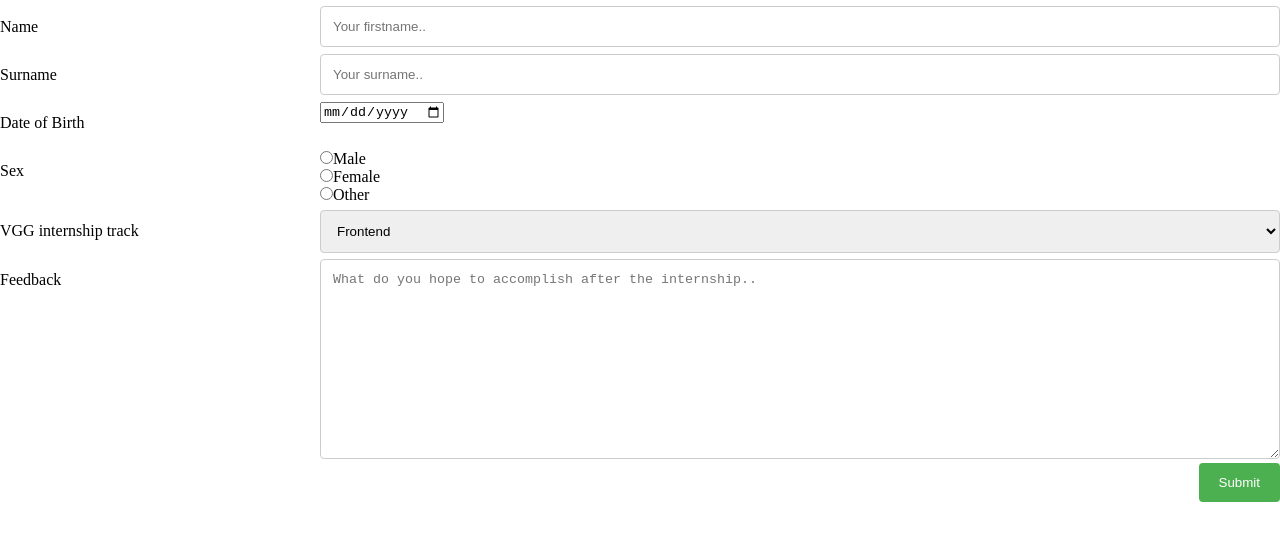
Repository: iphyokafor/VGG-Feedback-form
Page: index2.html
An editor plug-in stored every save of this project. The page is shown before and after the next save, followed by the edit.
The browser window is 1280 px wide. The pictures show the whole page.

Above is the page before, as saved 2020-01-13 00:11:25.

After the next save:
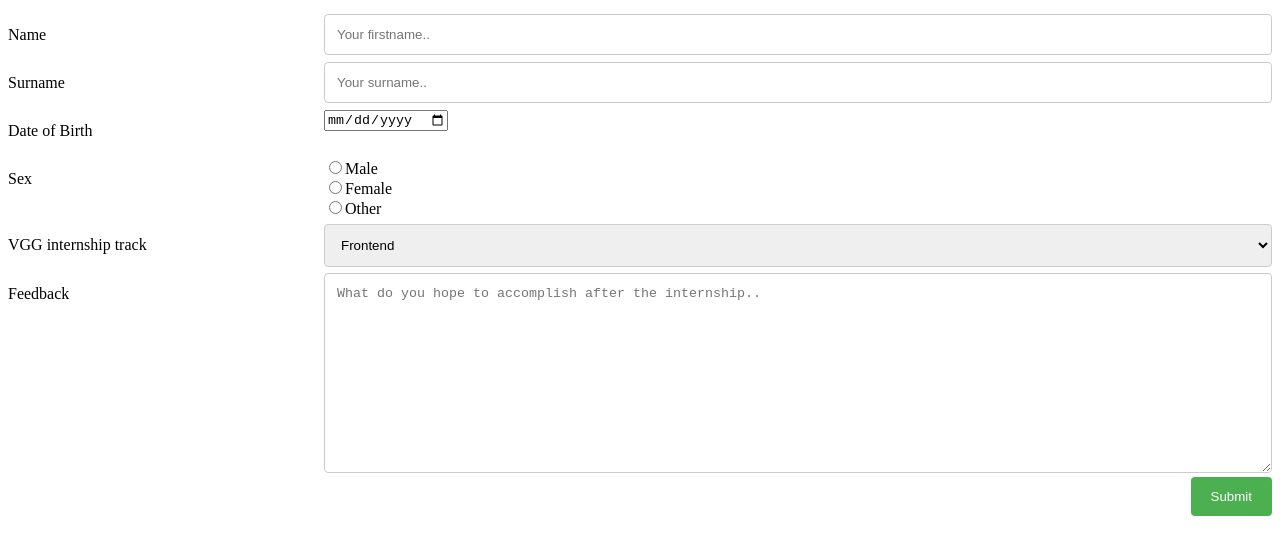
Saved 17 s later.
--- a/main.css
+++ b/main.css
@@ -1,10 +1,4 @@
 /* Style inputs, select elements and textareas */
-
-* {
-    margin: auto;
-    padding: auto;
-    box-sizing: border-box;
-}
 
 .txtinput,
 select,
